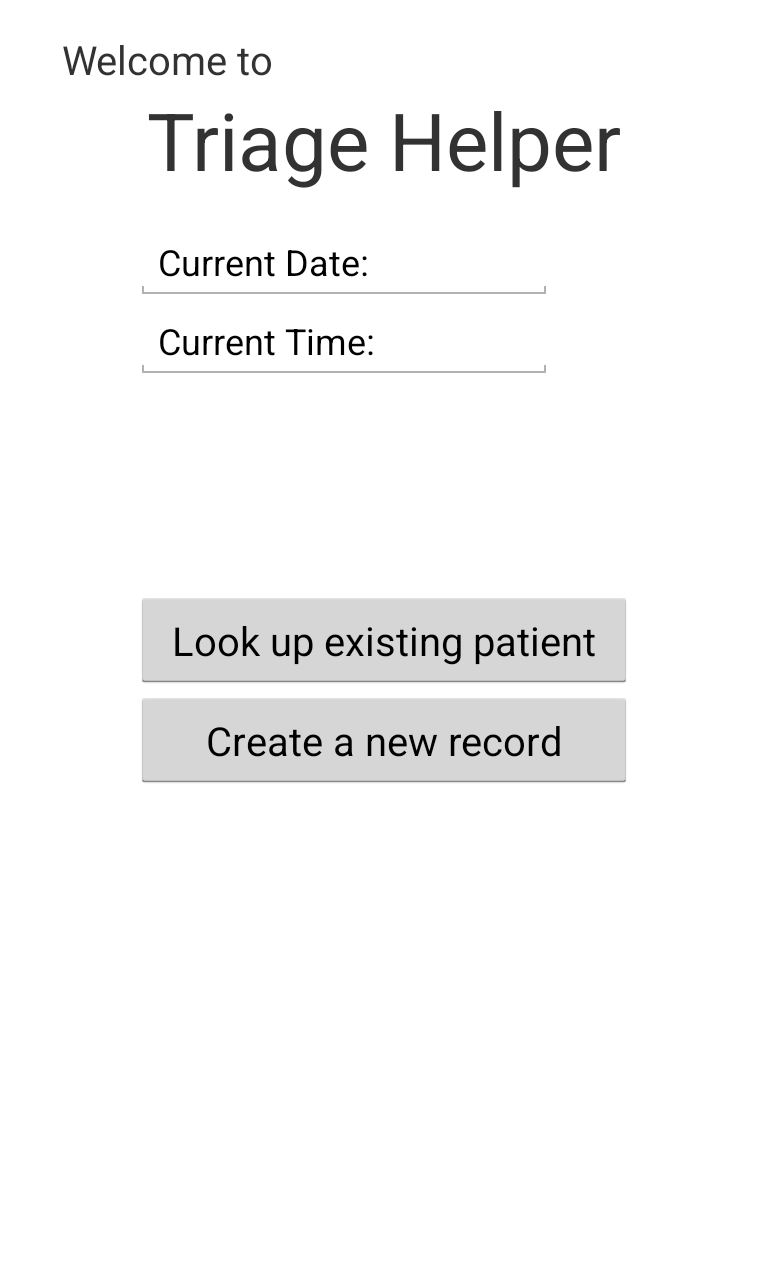
Repository: jackys-95/Aloha
Layout: app/Phase 2/res/layout/activity_main.xml
These files come from the project's save history. The layout is drawn as it stood at one moment and after the next save; the edit follows.
It is drawn on a 768 x 1280 px phone screen (xhdpi) without system bars, with theme AppTheme; the app's code is not run.

Above is the layout before, as saved 2014-11-05 00:36:53.

### app/Phase 2/res/layout/activity_main.xml
<RelativeLayout xmlns:android="http://schemas.android.com/apk/res/android"
    xmlns:tools="http://schemas.android.com/tools"
    android:layout_width="match_parent"
    android:layout_height="match_parent"
    android:paddingBottom="@dimen/activity_vertical_margin"
    android:paddingLeft="@dimen/activity_horizontal_margin"
    android:paddingRight="@dimen/activity_horizontal_margin"
    android:paddingTop="@dimen/activity_vertical_margin"
    tools:context=".MainActivity" >

    <TextView
        android:id="@+id/textView1"
        android:layout_width="wrap_content"
        android:layout_height="wrap_content"
        android:layout_alignParentLeft="true"
        android:layout_alignParentTop="true"
        android:layout_marginLeft="15dp"
        android:text="@string/Welcome"
        android:textSize="20sp" />

    <TextView
        android:id="@+id/textView2"
        android:layout_width="fill_parent"
        android:layout_height="wrap_content"
        android:layout_below="@+id/textView1"
        android:layout_centerHorizontal="true"
        android:gravity="center"
        android:text="@string/AppName"
        android:textSize="40sp" />

    <Button
        android:id="@+id/LookUpPatient"
        android:layout_width="250dp"
        android:layout_height="50dp"
        android:layout_centerHorizontal="true"
        android:layout_centerVertical="true"
        android:text="@string/LookUp"
        android:textSize="20sp" />

    <Button
        android:id="@+id/CreateANewRecord"
        style="?android:attr/buttonStyleSmall"
        android:layout_width="250dp"
        android:layout_height="50dp"
        android:layout_alignLeft="@+id/LookUpPatient"
        android:layout_below="@+id/LookUpPatient"
        android:text="@string/CreateANewRecord"
        android:textSize="20sp" />

    <EditText
        android:id="@+id/editText1"
        android:layout_width="wrap_content"
        android:layout_height="wrap_content"
        android:layout_alignLeft="@+id/LookUpPatient"
        android:layout_below="@+id/textView2"
        android:layout_marginTop="15dp"
        android:ems="10"
        android:inputType="time"
        android:text="@string/CurrentDate" />

    <EditText
        android:id="@+id/editText2"
        android:layout_width="wrap_content"
        android:layout_height="wrap_content"
        android:layout_alignLeft="@+id/editText1"
        android:layout_below="@+id/editText1"
        android:ems="10"
        android:inputType="date"
        android:text="@string/CurrentTime" />

</RelativeLayout>

### app/Phase 2/res/values/strings.xml
<?xml version="1.0" encoding="utf-8"?>
<resources>

    <string name="app_name">Hospital System</string>
    <string name="action_settings">Settings</string>
    <string name="Welcome">Welcome to</string>
    <string name="AppName">Triage Helper</string>
    <string name="title_activity_look_up_patient">Search for Patient</string>
    <string name="hello_world">Hello world!</string>
    <string name="title_activity_create_new_record">Create a new record</string>
    <string name="title_activity_confirm_patient">Confirm Patient</string>
    <string name="title_activity_previous_record">Previous Records</string>
    <string name="title_activity_individual_data">Individual Data</string>
    <string name="title_activity_visit_record">Visit Record</string>
    <string name="title_activity_vital_signs_update">Vital Signs Update</string>
    <string name="LookUp">Look up existing patient</string>
    <string name="CreateANewRecord">Create a new record</string>
    <string name="Confirm">Confirm</string>
    <string name="HCNinput">Please input a health card number.</string>
    <string name="PreviousRecord">Here are the previous record(s) for patient</string>
    <string name="placeholder">Placeholder</string>
    <string name="IndividualData">Individual Data for patient</string>
    <string name="NameColon">Name: </string>
    <string name="DOBColon">Date of Birth: </string>
    <string name="HCNColon">Health Card Number: </string>
    <string name="VisitRecord">Visit Record of Patient</string>
    <string name="at">at</string>
    <string name="Update">update</string>
    <string name="VitalSignsUpdate">Vital Signs Update</string>
    <string name="addTemperature">add temperature</string>
    <string name="addSystolicPressure">add systolic pressure</string>
    <string name="addDiastolicPressure">add diastolic pressure</string>
    <string name="addHeartRate">add heart rate</string>
    <string name="Cancel">Cancel</string>
    <string name="Save">Save</string>
    <string name="CreateANewVitalSigns">Create a new vital signs record</string>
    <string name="notFunctionaltime">put current date as default here</string>
    <string name="CurrentDate">Current Date:</string>
    <string name="CurrentTime">Current Time:</string>
    <string name="ViewPreviousRecords">Previous Records</string>
    <string name="UpdateRecord">Update Record</string>
    <string name="forPatient">for patient</string>
    <string name="currentT">Use Current Time</string>
</resources>

Loaded but not shown: app/Phase 2/res/values/styles.xml (common file); app/Phase 2/res/values-v11/styles.xml (common file); app/Phase 2/res/values-v14/styles.xml (common file); app/Phase 2/res/values/dimens.xml (common file); app/Phase 2/res/values-w820dp/dimens.xml (common file)

After the next save:
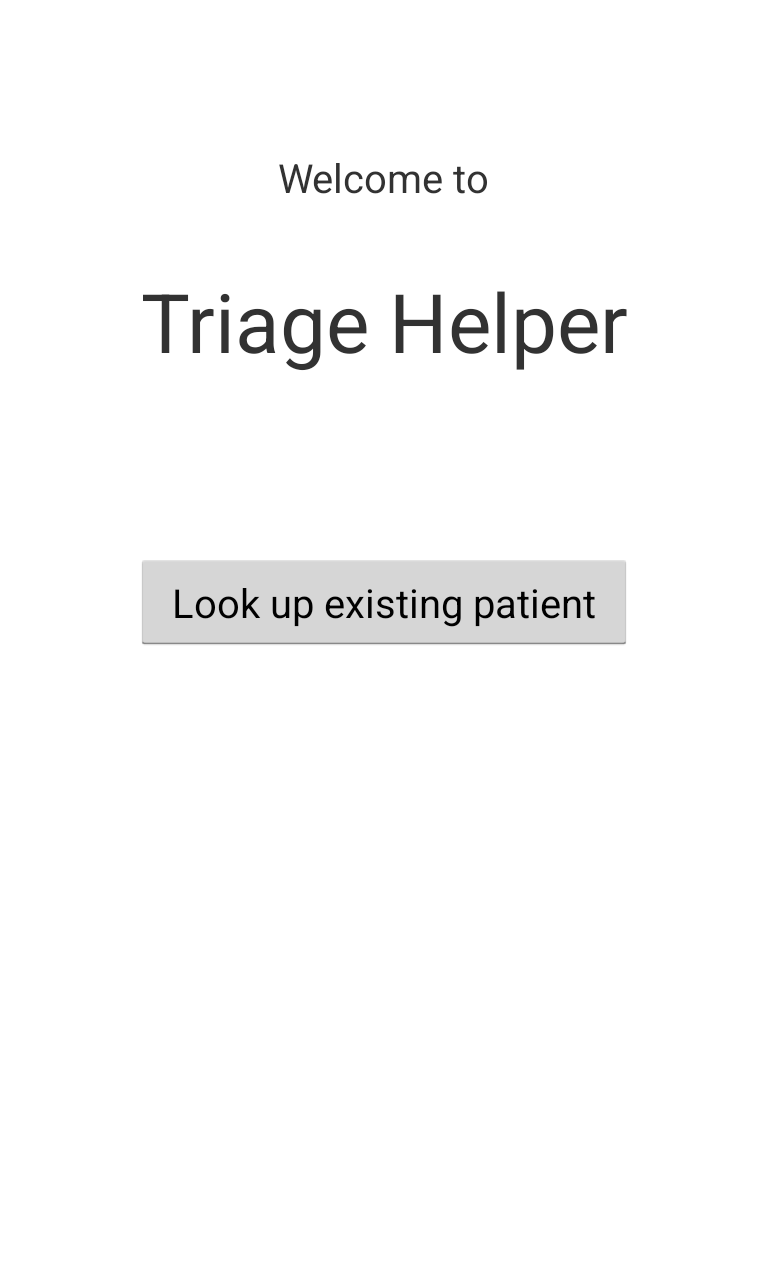
Saved 5 min 21 s later.
--- a/app/Phase 2/res/layout/activity_main.xml
+++ b/app/Phase 2/res/layout/activity_main.xml
@@ -8,64 +8,36 @@
     android:paddingTop="@dimen/activity_vertical_margin"
     tools:context=".MainActivity" >
 
+
     <TextView
-        android:id="@+id/textView1"
+        android:id="@+id/MaintextView1"
         android:layout_width="wrap_content"
         android:layout_height="wrap_content"
-        android:layout_alignParentLeft="true"
         android:layout_alignParentTop="true"
-        android:layout_marginLeft="15dp"
+        android:layout_centerHorizontal="true"
+        android:layout_marginTop="59dp"
         android:text="@string/Welcome"
         android:textSize="20sp" />
 
     <TextView
-        android:id="@+id/textView2"
+        android:id="@+id/MainTextView2"
         android:layout_width="fill_parent"
         android:layout_height="wrap_content"
-        android:layout_below="@+id/textView1"
+        android:layout_below="@+id/MaintextView1"
         android:layout_centerHorizontal="true"
+        android:layout_marginTop="31dp"
         android:gravity="center"
         android:text="@string/AppName"
-        android:textSize="40sp" />
+        android:textSize="41sp" />
 
     <Button
         android:id="@+id/LookUpPatient"
         android:layout_width="250dp"
         android:layout_height="50dp"
+        android:layout_below="@+id/MainTextView2"
         android:layout_centerHorizontal="true"
-        android:layout_centerVertical="true"
+        android:layout_marginTop="88dp"
         android:text="@string/LookUp"
         android:textSize="20sp" />
 
-    <Button
-        android:id="@+id/CreateANewRecord"
-        style="?android:attr/buttonStyleSmall"
-        android:layout_width="250dp"
-        android:layout_height="50dp"
-        android:layout_alignLeft="@+id/LookUpPatient"
-        android:layout_below="@+id/LookUpPatient"
-        android:text="@string/CreateANewRecord"
-        android:textSize="20sp" />
-
-    <EditText
-        android:id="@+id/editText1"
-        android:layout_width="wrap_content"
-        android:layout_height="wrap_content"
-        android:layout_alignLeft="@+id/LookUpPatient"
-        android:layout_below="@+id/textView2"
-        android:layout_marginTop="15dp"
-        android:ems="10"
-        android:inputType="time"
-        android:text="@string/CurrentDate" />
-
-    <EditText
-        android:id="@+id/editText2"
-        android:layout_width="wrap_content"
-        android:layout_height="wrap_content"
-        android:layout_alignLeft="@+id/editText1"
-        android:layout_below="@+id/editText1"
-        android:ems="10"
-        android:inputType="date"
-        android:text="@string/CurrentTime" />
-
 </RelativeLayout>
